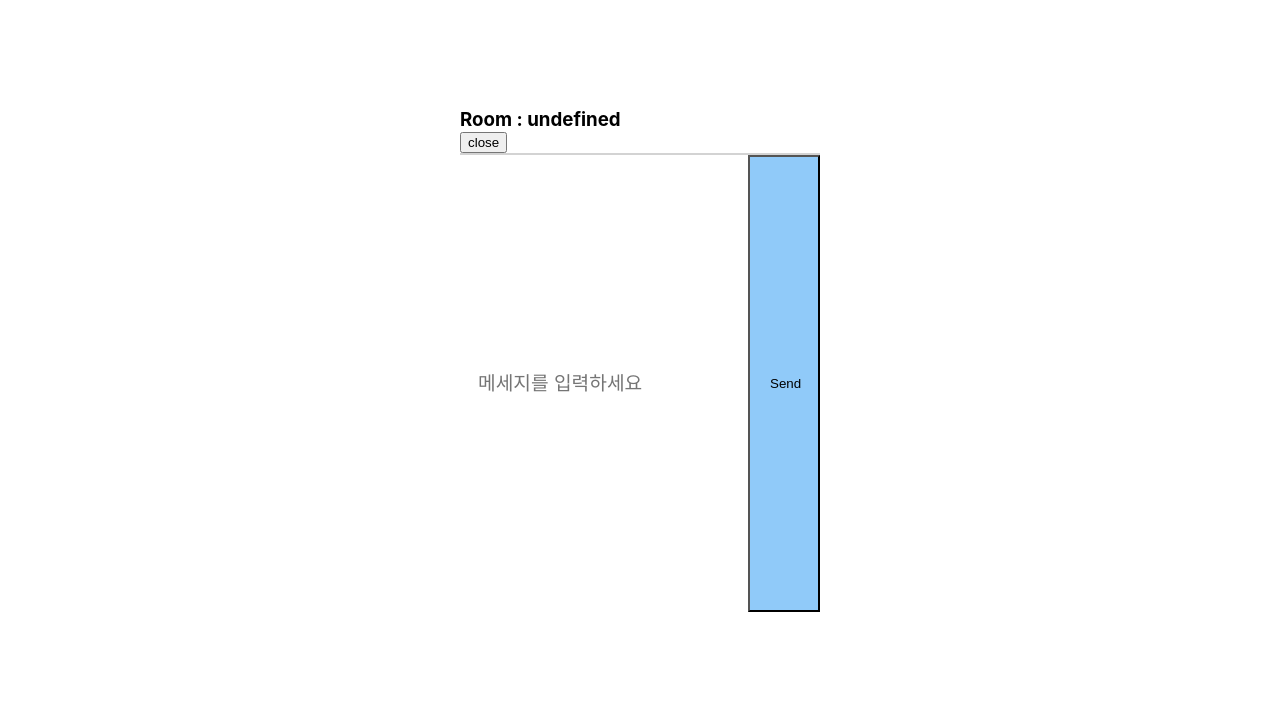
Repository: bucket-kim/kakaoTalk_with_Bon
Page: /chat (app in kakao/)
The author's editor kept a copy of each file at every save. The page is drawn from the files as they stood at one save, then again after the next save.
The browser window is 1280 px wide. The pictures show the whole page.
The page's requests for data from a server got no answer. The project was rebuilt for these pictures with package versions that can differ from the ones it lists, and the page was loaded fresh each time. No one was signed in, and anything a server would have sent is missing. Also part of the build but not shown: kakao/src/App.css, kakao/src/components/Messages/Message/Message.js.

Above is the page before, as saved 2021-03-03 23:38:07.

After the next save:
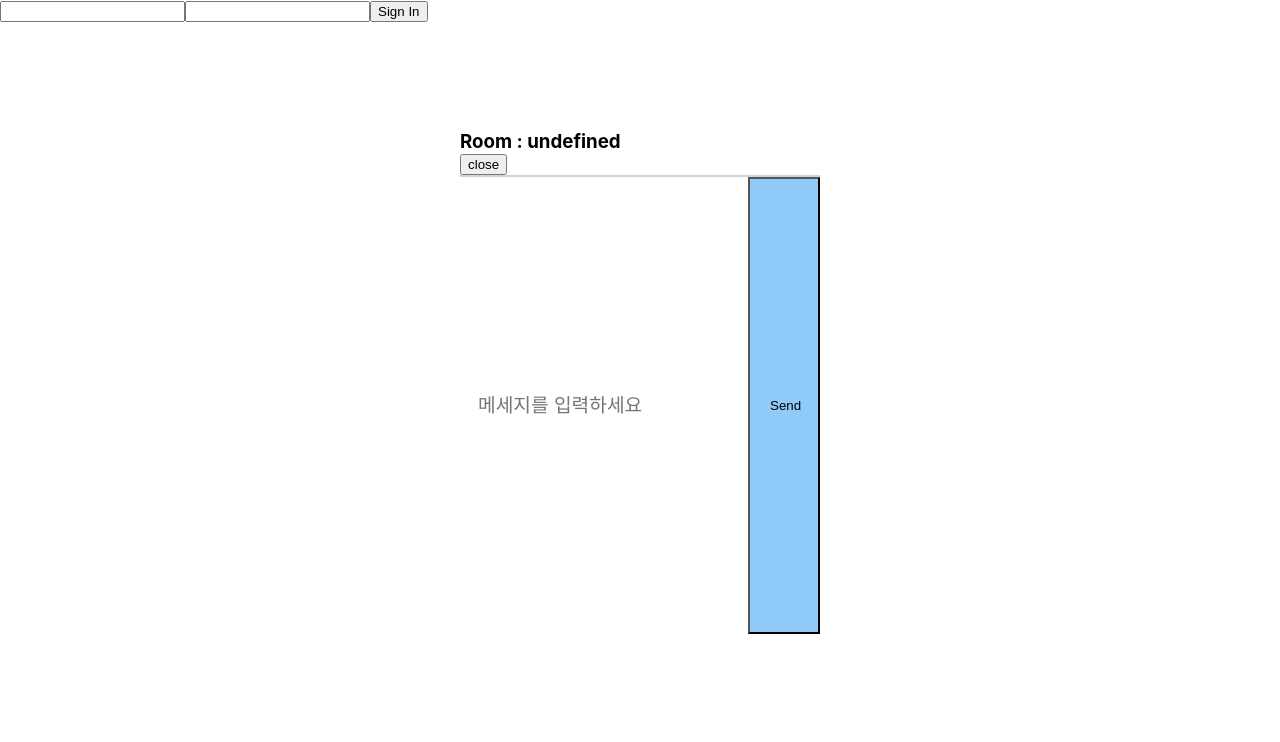
Saved 2 min 22 s later.
--- a/kakao/src/App.js
+++ b/kakao/src/App.js
@@ -8,7 +8,7 @@
 function App() {
   return (
     <Router>
-      <Route path="/joinroom/" component={JoinRoom} />
+      <Route path={["/", "/joinroom/"]} component={JoinRoom} />
       <Route path="/chat/" component={Chat} />
     </Router>
   );

After the 2 saves that followed:
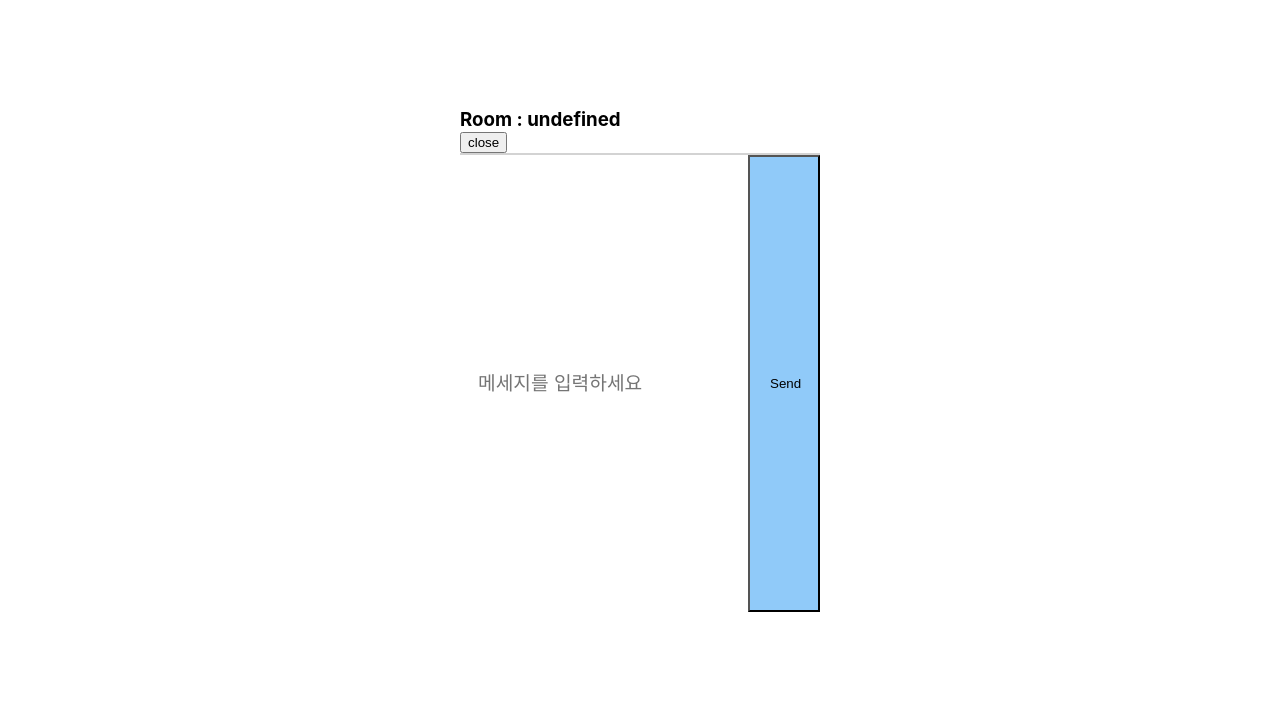
The 2 saves are shown as one change because 1 left the picture as it was.
The last was saved 75 s later.
--- a/kakao/src/App.js
+++ b/kakao/src/App.js
@@ -8,7 +8,7 @@
 function App() {
   return (
     <Router>
-      <Route path={["/", "/joinroom/"]} component={JoinRoom} />
+      <Route path={["/", "/joinroom/"]} component={JoinRoom} exact />
       <Route path="/chat/" component={Chat} />
     </Router>
   );
--- a/kakao/src/components/JoinRoom/JoinRoom.js
+++ b/kakao/src/components/JoinRoom/JoinRoom.js
@@ -14,7 +14,7 @@ function JoinRoom() {
         <input className="room" onChange={(e) => setRoom(e.target.value)} />
         <Link
           onClick={(e) => (!name || !room ? e.preventDefaoult() : null)}
-          to={`/chat/chat?name=${name}&room=${room}`}
+          to={`/chat?name=${name}&room=${room}`}
         >
           <button className="button" type="submit">
             Sign In
